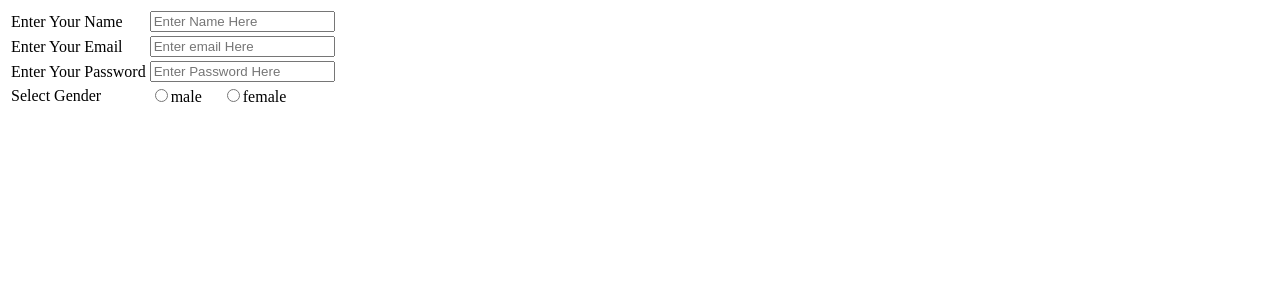
Repository: Attishgawali/JavaServletAndJSP
Page: DemoApp/src/main/webapp/form.html
The author's editor kept a copy of each file at every save. The page is drawn from the files as they stood at one save, then again after the next save.
The browser window is 1280 px wide. The pictures show the whole page.

Above is the page before, as saved 2023-07-01 17:07:42.

After the next save:
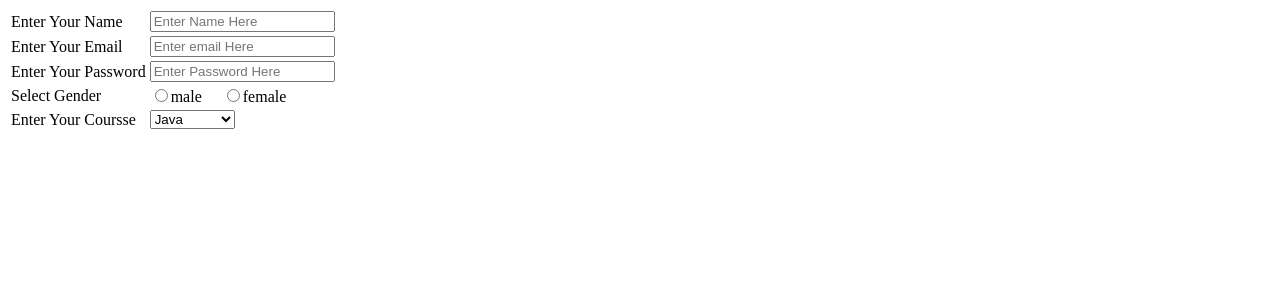
Saved 4 min 8 s later.
--- a/DemoApp/src/main/webapp/form.html
+++ b/DemoApp/src/main/webapp/form.html
@@ -27,7 +27,17 @@
 				<td><input type="radio" name="studetn_gender" value="male">male &nbsp; &nbsp; <input type="radio" name="studetn_gender" value="female">female</td>
 			</tr>
 
-
+			<tr>
+				<td>Enter Your Coursse </td>
+				<td>
+					<select name="student_course">
+						<option value="Java">Java</option>
+						<option value="Python">Python</option>
+						<option value="C++">C++</option>
+						<option value="JavaScript">JavaScript</option>
+					</select>
+				</td>
+			</tr>
 		</table>
 	</div>
 
